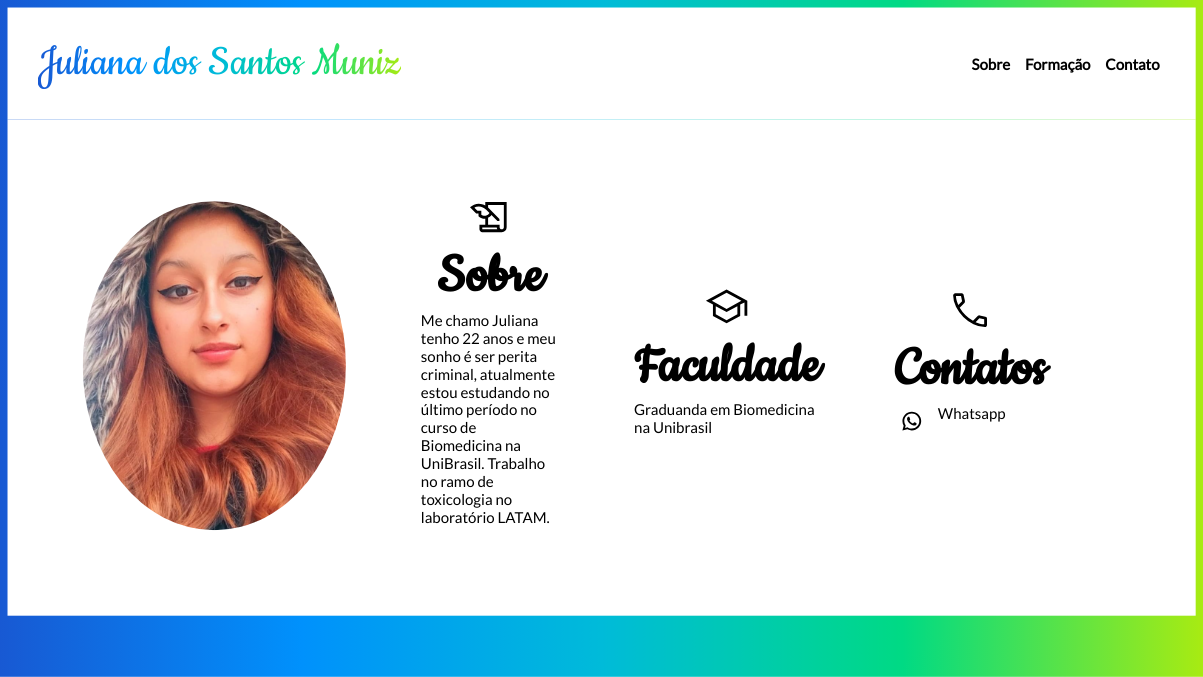
Repository: joaovnogueira/Portfolio-Juliana
Page: index.html
These files come from the project's save history. The page is drawn as it stood at one moment and after a run of saves; the edit follows.
The browser window is 1280 px wide. The pictures show the whole page, at 94% of full size.

Above is the page before, as saved 2022-06-14 16:40:23.

After the next 2 saves:
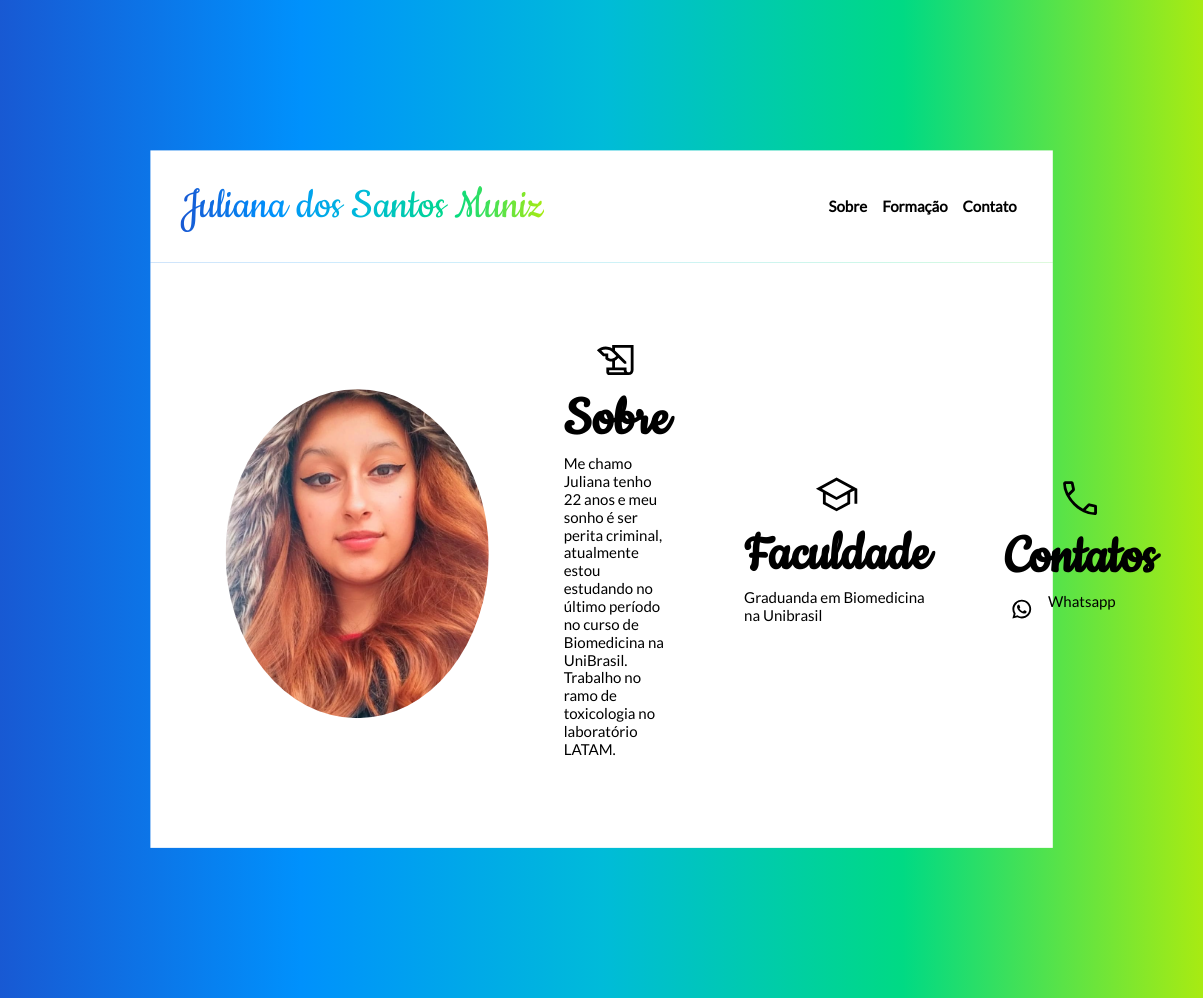
The 2 saves are shown as one change because they came seconds apart.
The last was saved 60 s later.
--- a/styles.css
+++ b/styles.css
@@ -3,6 +3,7 @@
 
 body{
     background-image: linear-gradient(to right, #1859d3, #0091fc, #00bbd9, #00da84, #a8eb12);
+    margin: 10rem;
 }
 
 header {
